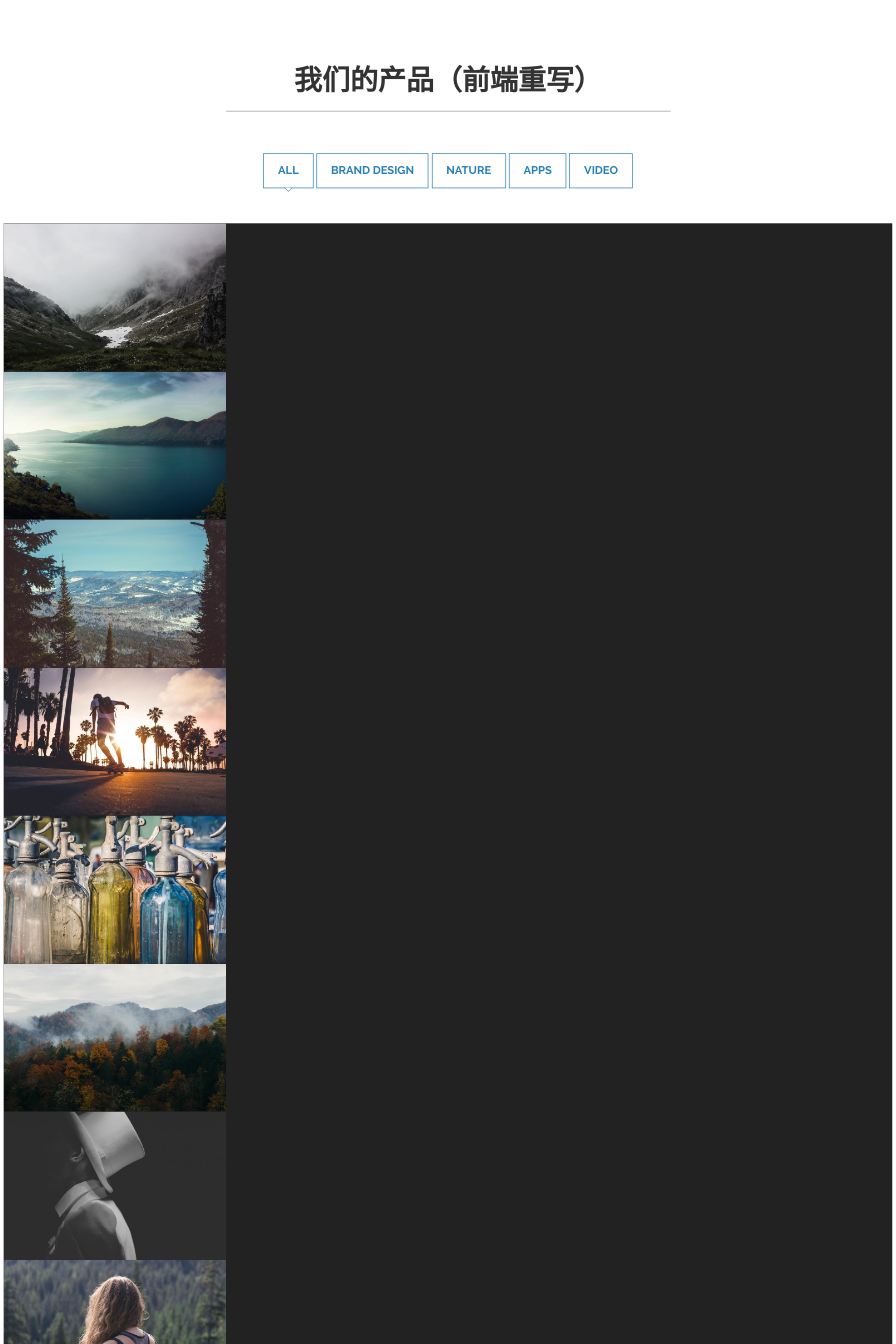
Repository: Jasonlee6789/Blog
Page: event.html
An editor plug-in stored every save of this project. The page is shown before and after the next save, followed by the edit.
The browser window is 1280 px wide. The pictures show the part of the page from y = 0 to 1920 px (the page is 4610 px tall before and 4704 px after), at 70% of full size.

Above is the page before, as saved 2021-02-03 15:26:33.

After the next save:
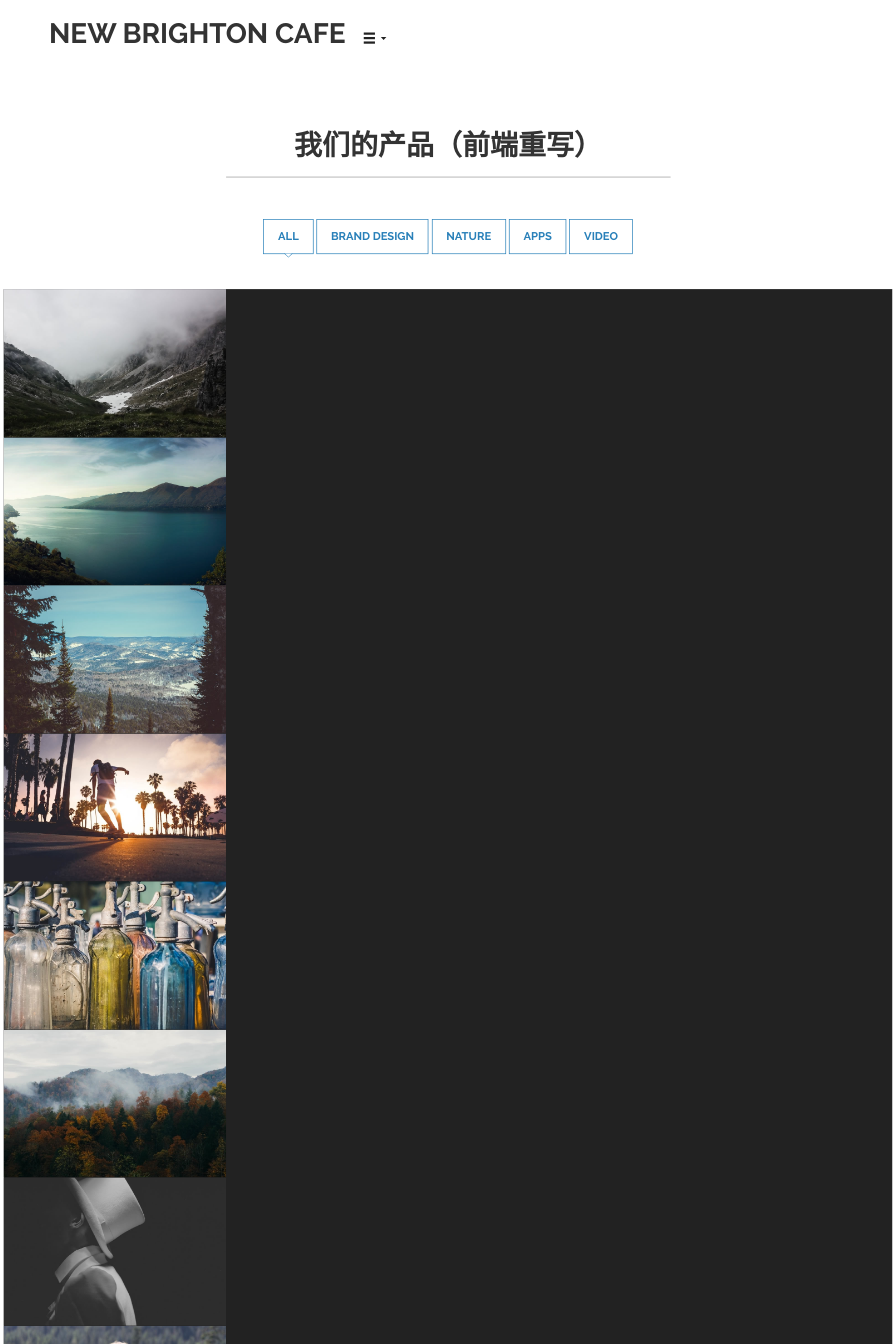
Saved 77 s later.
--- a/event.html
+++ b/event.html
@@ -18,6 +18,76 @@
 </head>
 <body>
 
+	<div id="navbar-main">
+		<div class="navbar navbar-default navbar-fixed-top">
+			<div class="container">
+				<div class="navbar-header">
+					<a class="navbar-brand" href="index.html">
+						<h1>new brighton cafe</h1>
+					</a>
+					<button type="button" class="navbar-toggle dropdown-toggle" id="open-menu" data-toggle="dropdown"
+						data-target="#main-navigation">
+						<i class="el-icon-lines"></i>
+					</button>
+				</div>
+				<div class="navbar-collapse collapse" id="main-navigation">
+					<ul class="nav navbar-nav">
+						<li class="active">
+							<a href="/?source=首页" class="d-flex align-items-center"><i class="icon icon1"></i>HOME</a>
+						  </li>
+
+						  <li>
+							<a href="app.html?source=APP开发" class="d-flex align-items-center"><i class="icon icon2"></i>ABOUT</a>
+						  </li>
+
+						  <li><a href="live.html?source=电商直播" class="d-flex align-items-center"><i class="icon icon6"></i>电商直播</a></li>
+						  <li class="phone-solution d-flex align-items-center arrowDown">
+							<i class="icon icon2"></i>解决方案
+						  </li>
+						  <li class="child-list">
+							<ul class="c-list">
+							  <li><a href="shop_mould.html?source=商城解决方案">商城解决方案</a></li>
+							  <li><a href="waimai.html?source=外卖解决方案">外卖解决方案</a></li>
+							  <li><a href="pc_mould.html?source=网站解决方案">网站解决方案</a></li>
+							  <li><a href="game_mould.html?source=互动游戏解决方案">互动游戏解决方案</a></li>
+							  <li><a href="hotel.html?source=智慧酒店解决方案">智慧酒店解决方案</a></li>
+							  <li><a href="groupshop.html?source=社区团购">社区团购</a></li>
+							  <li><a href="smallwx.html?source=小程序开发">小程序开发</a></li>
+							  <li><a href="game.html?source=H5互动游戏开发">H5互动游戏开发</a></li>
+							  <li><a href="pc_build.html?source=网站开发">网站开发</a></li>
+							  <li><a href="app.html?source=APP开发">APP开发</a></li>
+							</ul>
+						  </li>
+						<li class="dropdown">
+							<a href="#" class="dropdown-toggle" data-toggle="dropdown">小程序开发 <b class="caret"></b></a>
+							<ul class="dropdown-menu">
+								<li><a href="category.html">微信小程序开发</a></li>
+								<li><a href="category-alt.html">微信公众号开发</a></li>
+								<li><a href="single-post.html">小程序商城</a></li>
+								<li><a href="single-post-sidebar.html">其他小程序开发</a></li>
+							</ul>
+						</li>
+						<li class="dropdown">
+							<a href="#" class="dropdown-toggle" data-toggle="dropdown">智能系统集成 <b class="caret"></b></a>
+							<ul class="dropdown-menu">
+								<li><a href="single-project.html">智慧校园</a></li>
+								<li><a href="single-project-video.html">智慧小区</a></li>
+								<li><a href="single-project-video-self-hosted.html">云上展览会</a></li>
+							</ul>
+						</li>
+						<li class="dropdown">
+							<a href="#" class="dropdown-toggle" data-toggle="dropdown">关于<b class="caret"></b></a>
+							<ul class="dropdown-menu">
+								<li><a href="about.html">关于行圆</a></li>
+								<li><a href="contact.html">联系我们</a></li>
+							</ul>
+						</li>
+						<li> <a href="#" class="search-trigger"><i class="el-icon-search"></i></a></li>
+					</ul>
+				</div>
+			</div>
+		</div>
+	</div>
 <!--  CONTENT WRAPPER -->
 <div id="content-wrapper">
 		<section id="portfolio" class="page-section nopaddingbottom">
